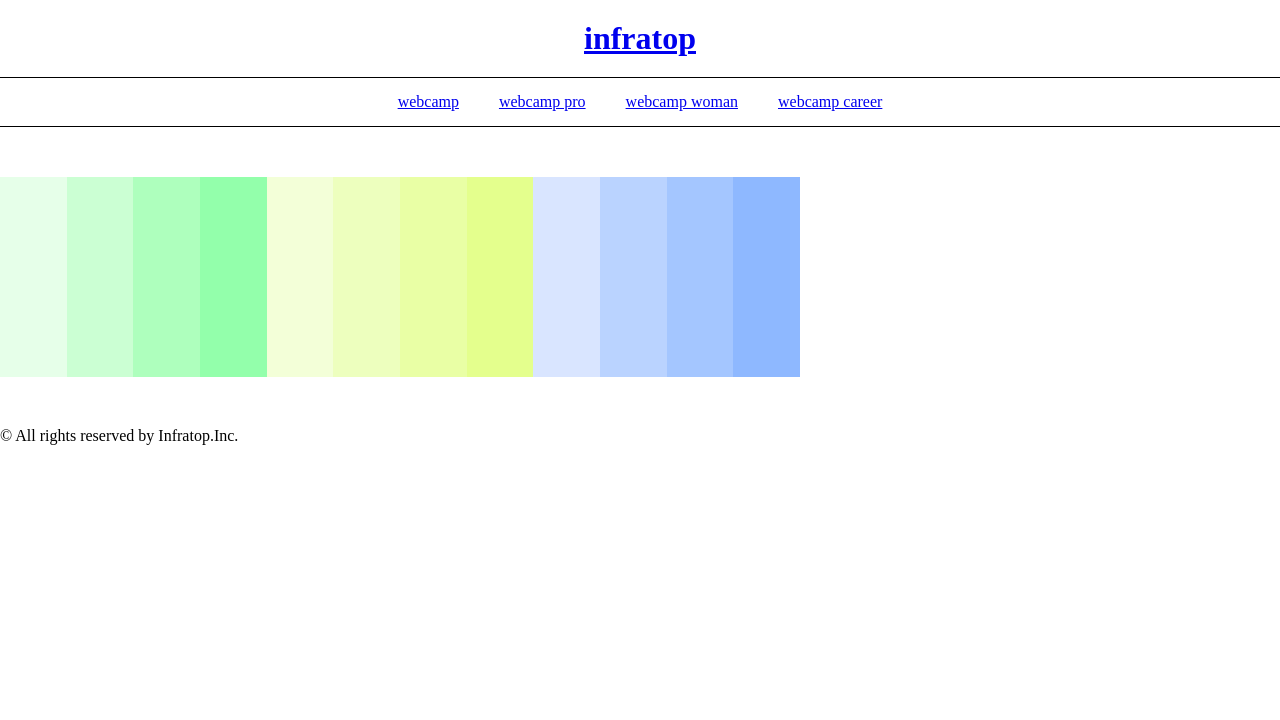
Repository: yuu2310/dmm-webcamp
Page: chapter5_exercise/index.html
The author's editor kept a record of every edit. The page is drawn from the files as they stood at one moment, then again after the next edit.
The browser window is 1280 px wide. The pictures show the whole page.

Above is the page before.

After the next edit:
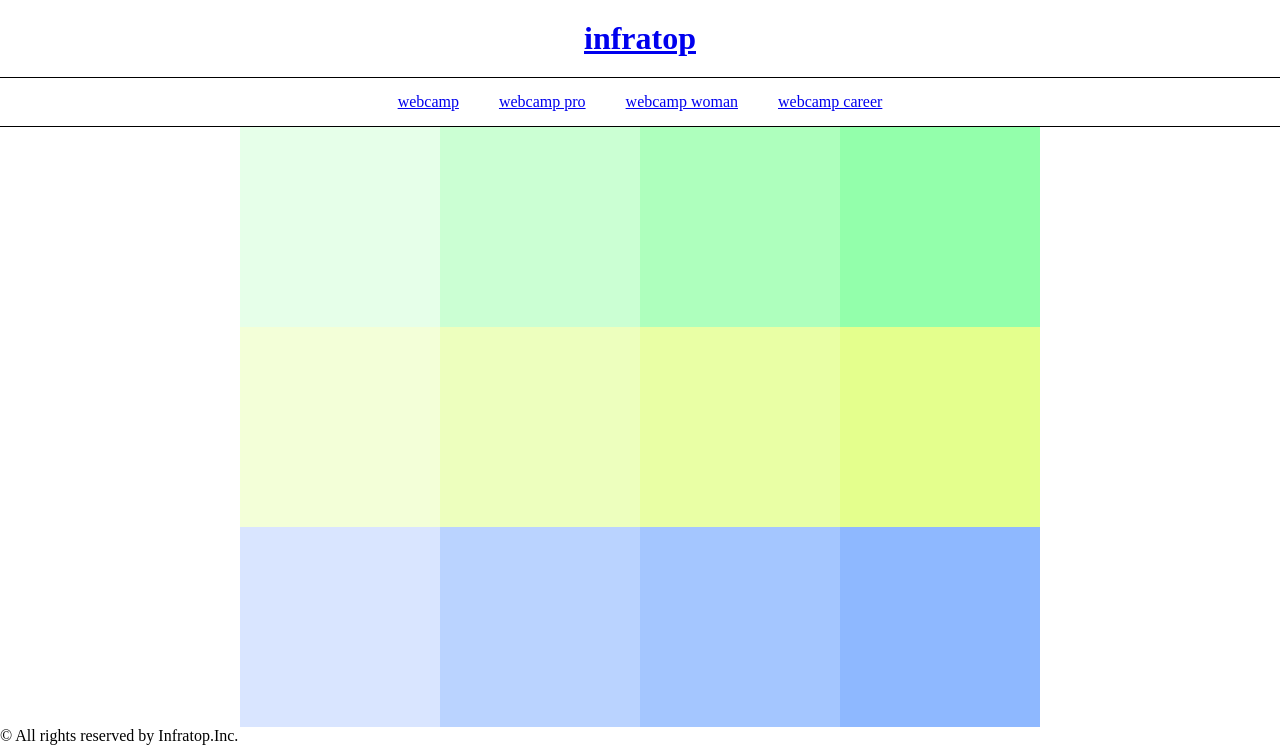
The edit:
--- a/chapter5_exercise/style.css
+++ b/chapter5_exercise/style.css
@@ -25,8 +25,9 @@
 
 main {
   width: 800px;
-  margin: 50px 0;
+  margin: 0 auto;
   display:flex;
+  flex-wrap: wrap;
 }
 
 .box1 {
